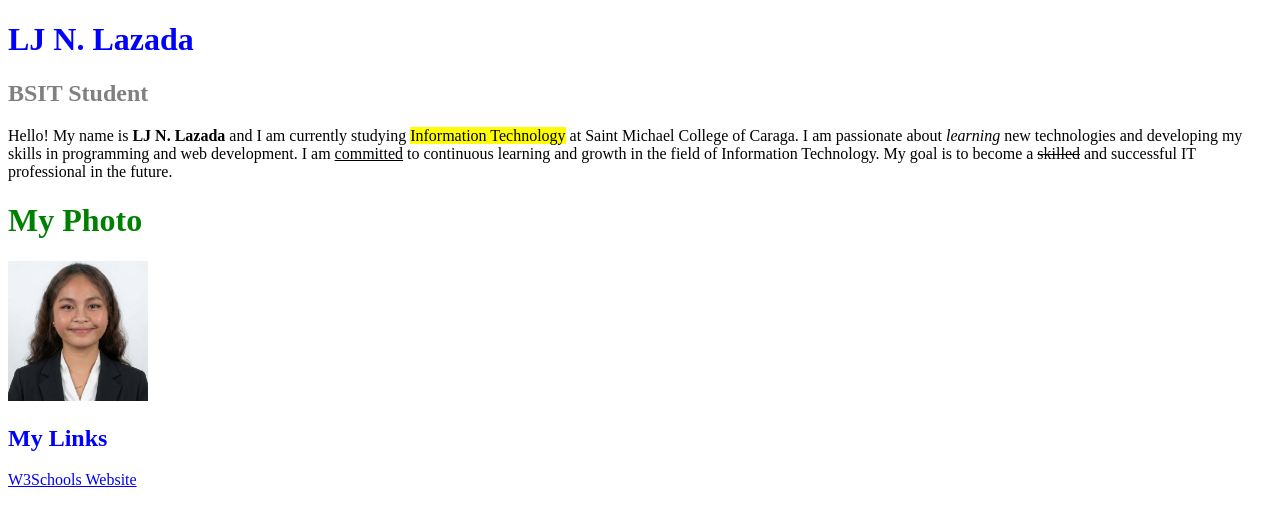
Repository: ljlazada11/myfirsthtml
Page: index.html
These files come from the project's save history. The page is drawn as it stood at one moment and after the next save; the edit follows.
The browser window is 1280 px wide. The pictures show the whole page.

Above is the page before, as saved 2026-06-24 19:24:11.

### index.html
<!DOCTYPE html>
<html lang="en">
<head>
    <meta charset="UTF-8">
    <meta name="viewport" content="width=device-width, initial-scale=1.0">
    <title>My Personal Web Profile</title>
    <link rel="icon" type="image/x-icon" href="images.png">

</head>
<body>
    <h1 style="color:blue;">LJ N. Lazada</h1>
    <h2 style="color:gray;">BSIT Student</h2>
    <p>Hello! My name is <strong>LJ N. Lazada</strong> and I am currently studying <mark>Information Technology</mark> at Saint Michael College of Caraga. I am passionate about <i>learning</i> new technologies and developing my skills in programming and web development. I am <ins>committed</ins> to continuous learning and growth in the field of Information Technology. My goal is to become a <del>skilled</del> and successful IT professional in the future.</p>
</body>
    <h1 style="color:green;">My Photo</h1>
    <img src="pic.jpg" alt="My	Profile	Picture" width="140" height="140">
    <h2 style="color:blue;">My Links</h2>
    <a href="https://www.w3schools.com" target="_blank">W3Schools	Website</a>
</html>

After the next save:
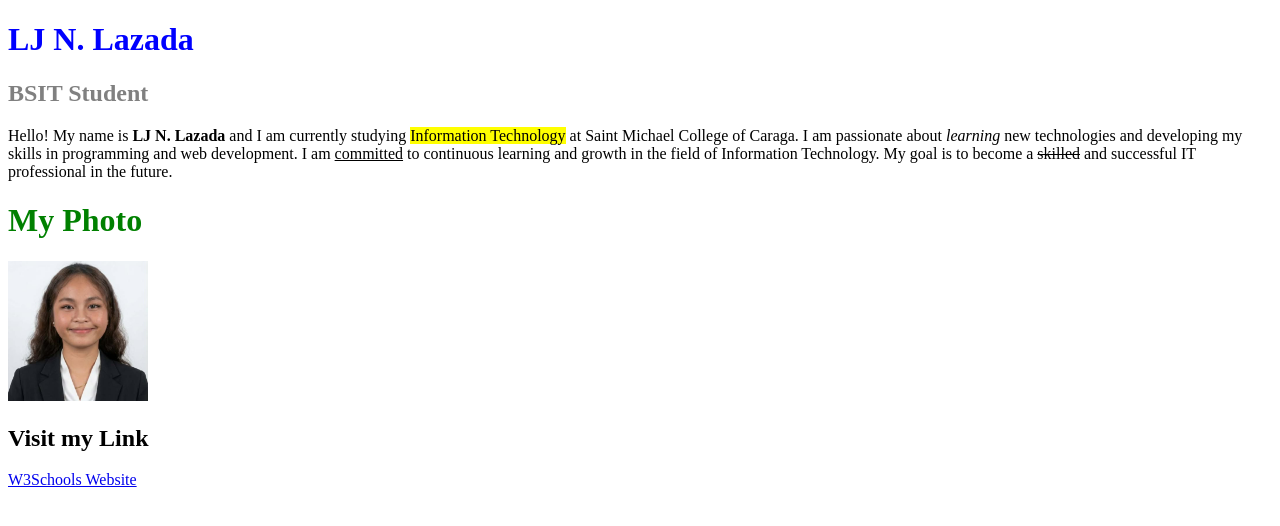
Saved 62 s later.
--- a/index.html
+++ b/index.html
@@ -14,6 +14,5 @@
 </body>
     <h1 style="color:green;">My Photo</h1>
     <img src="pic.jpg" alt="My	Profile	Picture" width="140" height="140">
-    <h2 style="color:blue;">My Links</h2>
-    <a href="https://www.w3schools.com" target="_blank">W3Schools	Website</a>
+    <h2> Visit my Link</h2><a href="https://www.w3schools.com" target="_blank">W3Schools	Website</a>
 </html>
